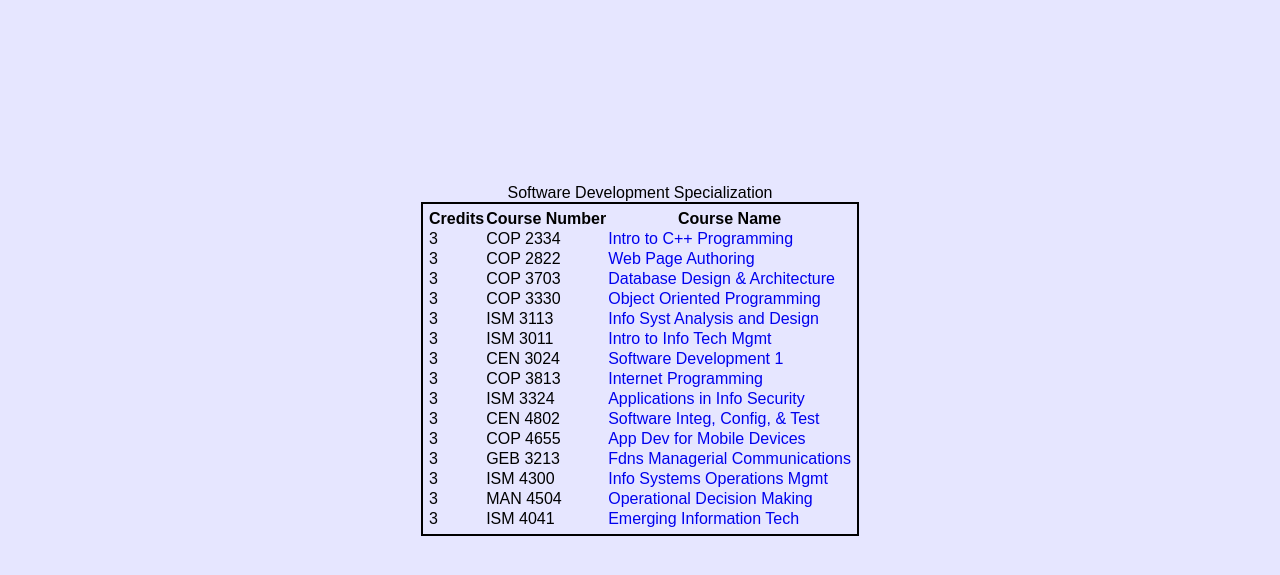
Repository: mlmEFSC21/P3-DegreeSpecializationTable
Page: index.html
These files come from the project's save history. The page is drawn as it stood at one moment and after the next save; the edit follows.
The browser window is 1280 px wide. The pictures show the whole page.
Some web fonts or font styles are not loaded; a fallback is used.

Above is the page before, as saved 2022-02-01 20:58:44.

After the next save:
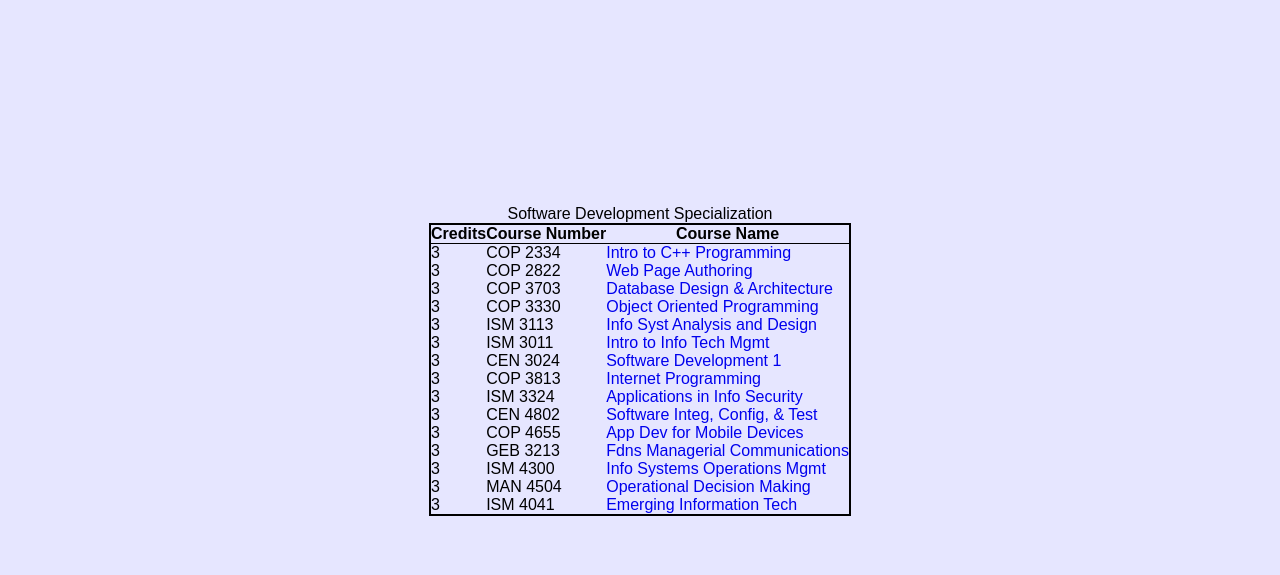
Saved 83 s later.
--- a/tableStyles.css
+++ b/tableStyles.css
@@ -24,6 +24,7 @@ body {
     background-color: var(--clr-background);
 }
 table {
+    border-collapse: collapse;
     border: 2px solid black;
     padding: 0.25rem;
 }
